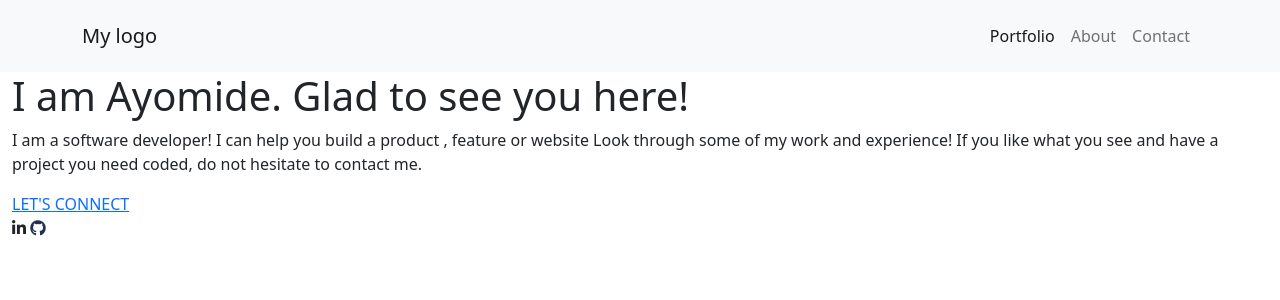
Repository: Paulinelali/try-bootstrap
Page: index.html
An editor plug-in stored every save of this project. The page is shown before and after a run of saves, followed by the edit.
The browser window is 1280 px wide. The pictures show the whole page.
Some icons come from a web library that is not loaded, so they are not drawn. Some web libraries are served in a nearby version.

Above is the page before, as saved 2023-04-13 09:05:23.

After the next 2 saves:
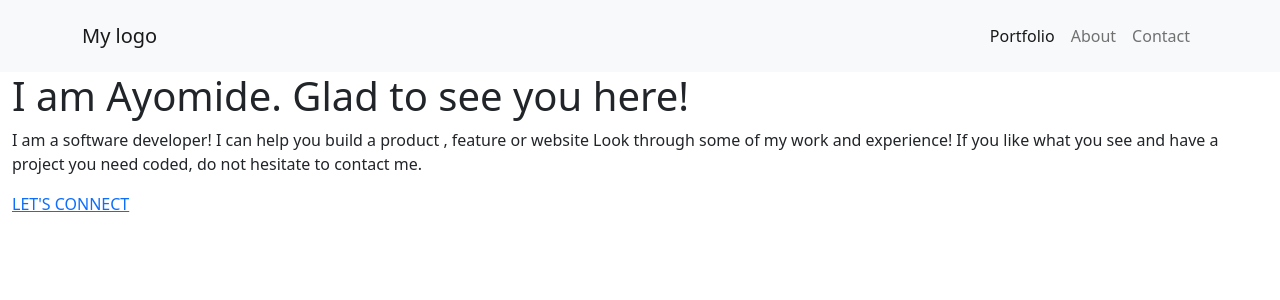
The 2 saves are shown as one change because they came seconds apart.
The last was saved 3 min 41 s later.
--- a/index.html
+++ b/index.html
@@ -6,7 +6,8 @@
     <meta name="viewport" content="width=device-width, initial-scale=1">
 
     <!-- Fontawesome icon -->
-    <script src="https://kit.fontawesome.com/534b3f4b33.js" crossorigin="anonymous"></script>
+    <!-- Option 1: Include in HTML -->
+  <link rel="stylesheet" href="https://cdn.jsdelivr.net/npm/bootstrap-icons@1.3.0/font/bootstrap-icons.css">
 
     <!-- Bootstrap CSS -->
     <link href="https://cdn.jsdelivr.net/npm/bootstrap@5.0.2/dist/css/bootstrap.min.css" rel="stylesheet" integrity="sha384-EVSTQN3/azprG1Anm3QDgpJLIm9Nao0Yz1ztcQTwFspd3yD65VohhpuuCOmLASjC" crossorigin="anonymous">
